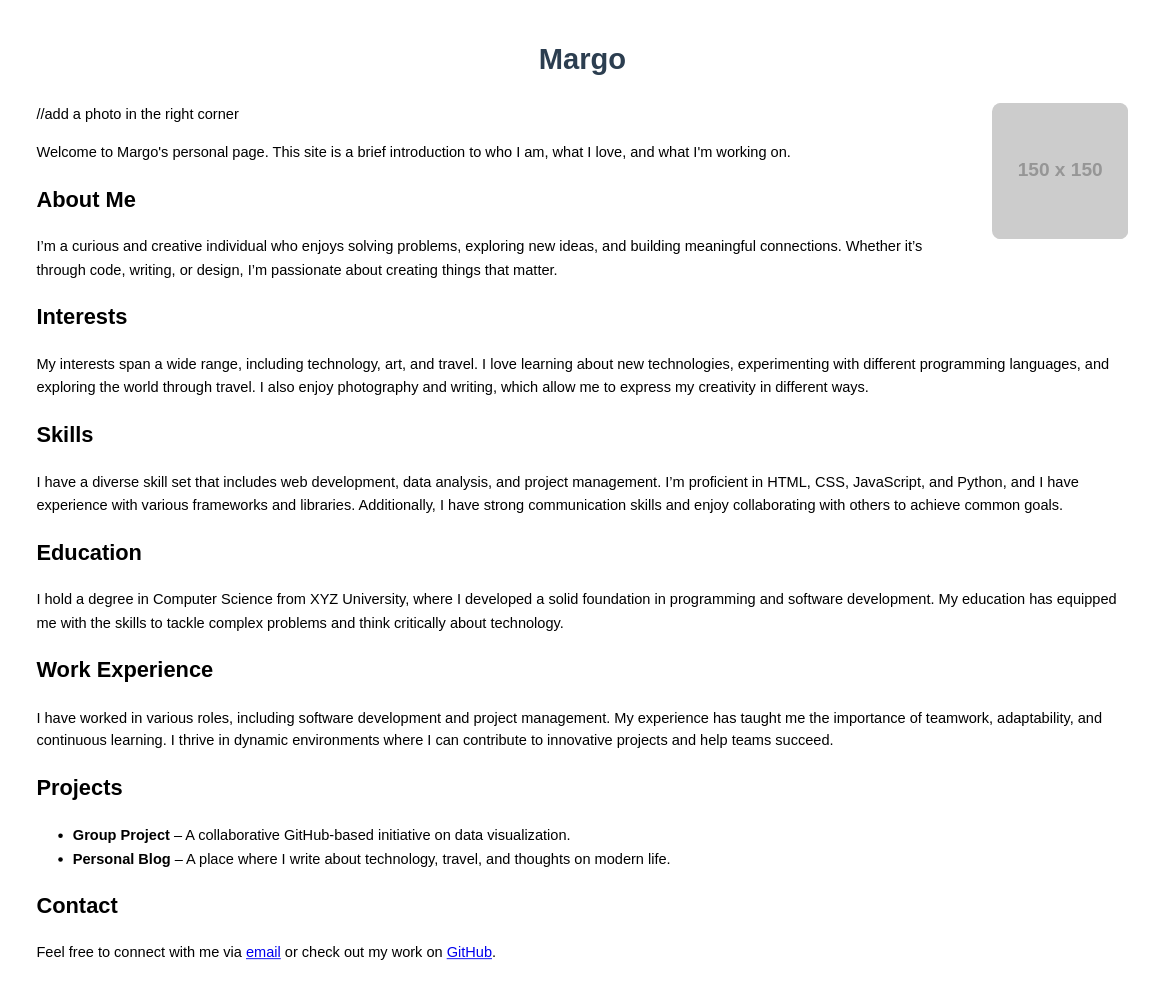
Repository: margo-m-chen/group_project
Page: my_file.html
These files come from the project's save history. The page is drawn as it stood at one moment and after the next save; the edit follows.
The browser window is 1280 px wide. The pictures show the whole page, at 91% of full size.

Above is the page before, as saved 2025-07-18 13:56:50.

After the next save:
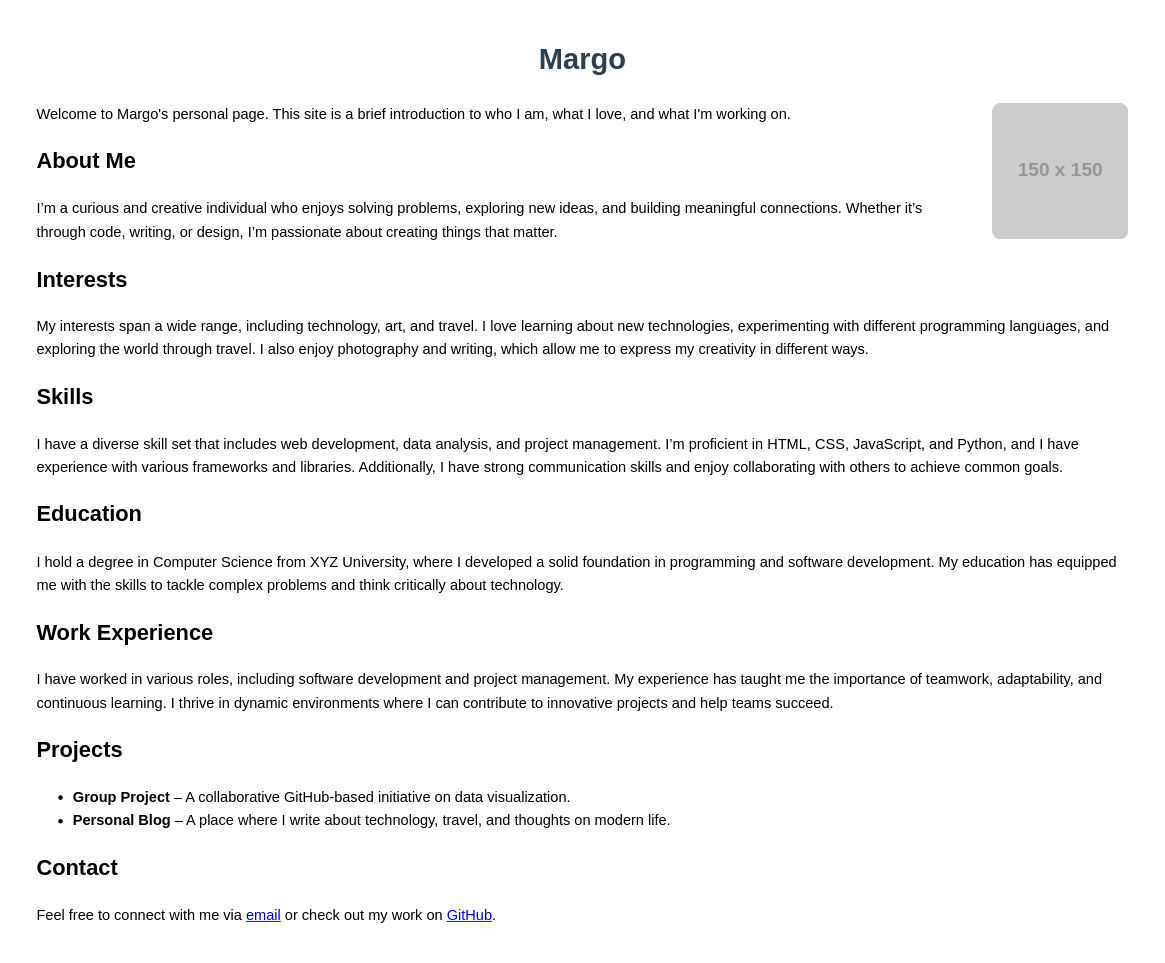
Saved 34 s later.
--- a/my_file.html
+++ b/my_file.html
@@ -21,7 +21,7 @@
 <body>
     <h1 style="text-align: center;">Margo</h1>
 
-    //add a photo in the right corner
+
     <img src="https://via.placeholder.com/150" alt="Margo's Photo"
         style="float: right; margin-left: 20px; border-radius: 10px;">
 
